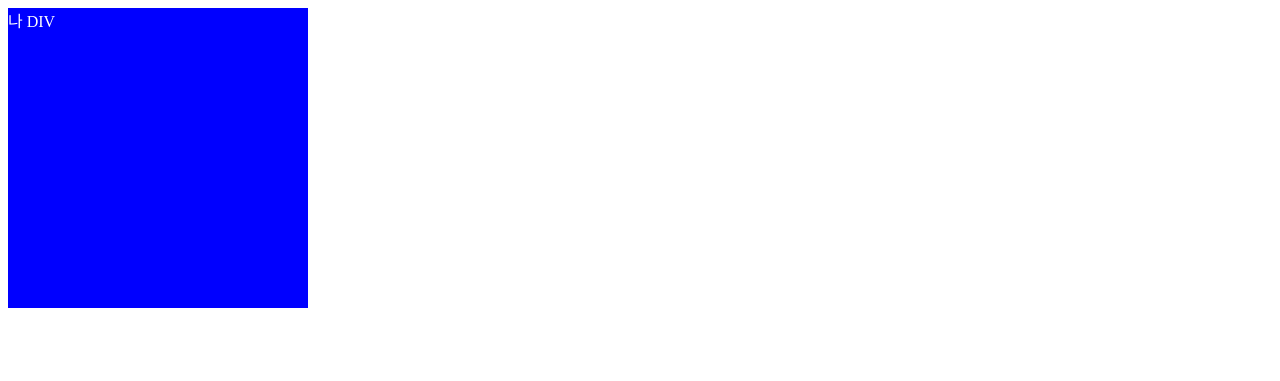
Repository: tmznf963/SIST-E-JSP
Page: http://localhost/1029/commentdemo.jsp
These files come from the project's save history. The page is drawn as it stood at one moment and after the next save; the edit follows.
The browser window is 1280 px wide. The pictures show the whole page.
The page is served by Tomcat 9.

Above is the page before, as saved 2018-10-29 06:51:21.

After the next save:
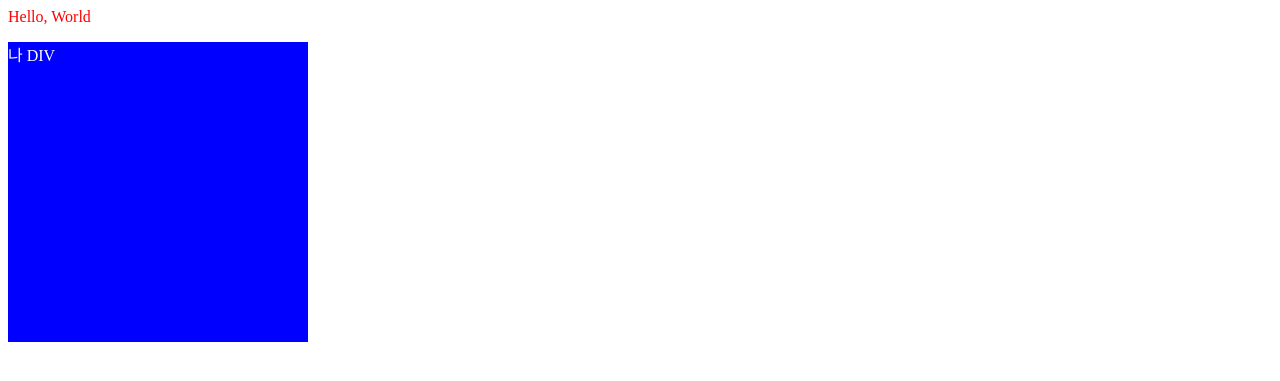
Saved 16 s later.
--- a/1029/WebContent/commentdemo.jsp
+++ b/1029/WebContent/commentdemo.jsp
@@ -1,7 +1,7 @@
 <%@ page language="java" contentType="text/html; charset=UTF-8"
     pageEncoding="UTF-8"%>
    <%
-	//out.print("<p style='color:red'>Hello, World</p>");
+	out.print("<p style='color:red'>Hello, World</p>");
 %>
 <!DOCTYPE html>
 <html>
